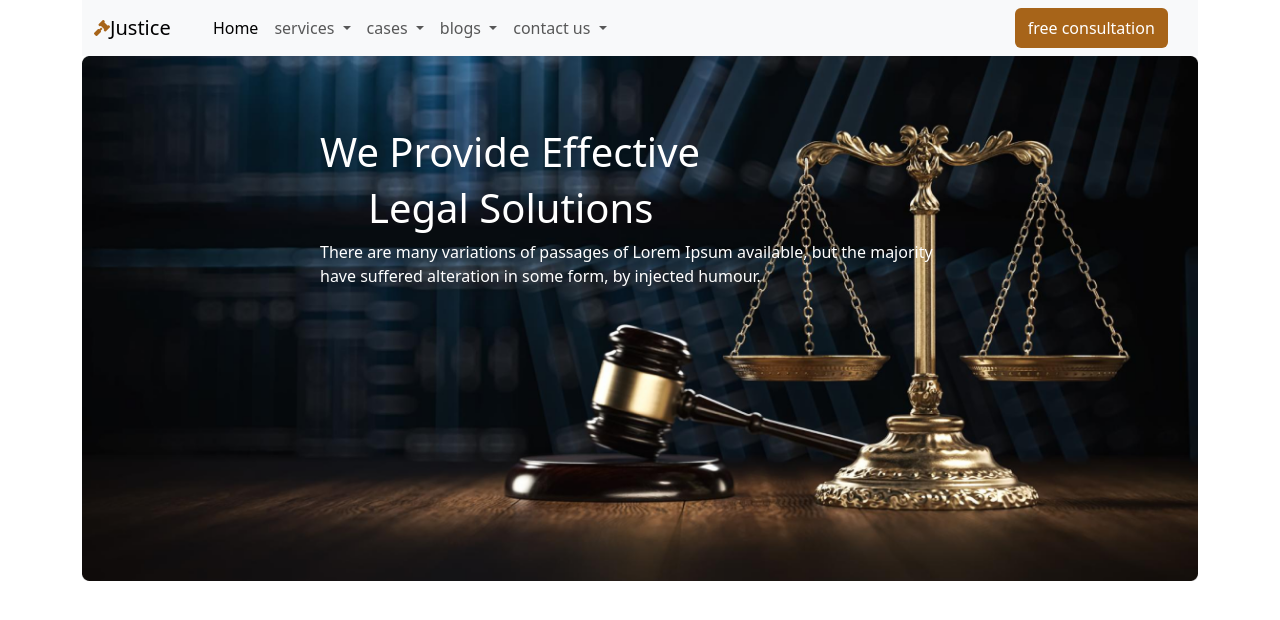
Repository: sadiaafsana138/justice
Page: index.html
An editor plug-in stored every save of this project. The page is shown before and after the next save, followed by the edit.
The browser window is 1280 px wide. The pictures show the whole page.
Some web libraries are served in a nearby version.

Above is the page before, as saved 2023-01-25 18:11:37.

### index.html
<!DOCTYPE html>
<html lang="en">

<head>
    <meta charset="UTF-8">
    <meta http-equiv="X-UA-Compatible" content="IE=edge">
    <meta name="viewport" content="width=device-width, initial-scale=1.0">
    <title>
        Justice
    </title>
    <link href="https://cdn.jsdelivr.net/npm/bootstrap@5.3.0-alpha1/dist/css/bootstrap.min.css" rel="stylesheet"
        integrity="sha384-GLhlTQ8iRABdZLl6O3oVMWSktQOp6b7In1Zl3/Jr59b6EGGoI1aFkw7cmDA6j6gD" crossorigin="anonymous">
    <script src="https://kit.fontawesome.com/9557e238b6.js" crossorigin="anonymous"></script>
    <link rel="stylesheet" href="css/Styles.css">
</head>

<body>

    <header class="container-lg">
        <nav class="navbar navbar-expand-lg bg-body-tertiary">
            <div class="container-fluid ">
                <!--JUSTICE ICON-->
                <i class="fa-solid fa-gavel primary-color"></i>
                <!--NAVBAR HEADING-->
                <a class="navbar-brand" href="#">Justice</a>
                <button class="navbar-toggler" type="button" data-bs-toggle="collapse"
                    data-bs-target="#navbarSupportedContent" aria-controls="navbarSupportedContent"
                    aria-expanded="false" aria-label="Toggle navigation">
                    <span class="navbar-toggler-icon"></span>
                </button>
                <!--NAVBAR ITEMS-->
                <div class="collapse navbar-collapse d-flex justify-content-center" id="navbarSupportedContent">
                    <ul class="navbar-nav mb-2 mb-lg-0">
                        <li class="nav-item">
                            <a class="nav-link active" aria-current="page" href="#">Home</a>
                        </li>
                        <li class="nav-item dropdown">
                            <a class="nav-link dropdown-toggle" href="#" role="button" data-bs-toggle="dropdown"
                                aria-expanded="false">
                                services
                            </a>
                            <ul class="dropdown-menu">
                                <li><a class="dropdown-item" href="#">ITEMS</a></li>
                            </ul>
                        </li>
                        <li class="nav-item dropdown">
                            <a class="nav-link dropdown-toggle" href="#" role="button" data-bs-toggle="dropdown"
                                aria-expanded="false">
                                cases
                            </a>
                            <ul class="dropdown-menu">
                                <li><a class="dropdown-item" href="#">ITEMS</a></li>
                            </ul>
                        </li>
                        <li class="nav-item dropdown">
                            <a class="nav-link dropdown-toggle" href="#" role="button" data-bs-toggle="dropdown"
                                aria-expanded="false">
                                blogs
                            </a>
                            <ul class="dropdown-menu">
                                <li><a class="dropdown-item" href="#">ITEMS</a></li>
                            </ul>
                        </li>
                        <li class="nav-item dropdown">
                            <a class="nav-link dropdown-toggle" href="#" role="button" data-bs-toggle="dropdown"
                                aria-expanded="false">
                                contact us
                            </a>
                            <ul class="dropdown-menu">
                                <li><a class="dropdown-item" href="#">ITEMS</a></li>
                            </ul>
                        </li>

                        <!--navbar button-->
                        <button class="btn Btn-primary-color text-primary-color1 navbar-btn collapse navbar-collapse" data-bs-toggle="modal"
                            data-bs-target="#myModal" type="submit">free consultation</button>
                        <!-- Modal -->
                        <div class="modal" id="myModal">
                            <div class="modal-dialog">
                                <div class="modal-content">

                                    <!-- Modal Header -->
                                    <div class="modal-header">
                                        <h4 class="modal-title">Contact us</h4>
                                        <button type="button" class="btn-close" data-bs-dismiss="modal"></button>
                                    </div>

                                    <!-- Modal body -->
                                    <div class="modal-body">
                                        abcd@gmail.com
                                    </div>

                                    <!-- Modal footer -->
                                    <div class="modal-footer">
                                        <button type="button" class="btn btn-danger"
                                            data-bs-dismiss="modal">Done</button>
                                    </div>

                                </div>
                            </div>
                        </div>
                </div>
            </div>
        </nav>
    </header>
    <main class="container-lg">
        <section>
            <div>

                <div class="banner-text text-primary-color1">
                    <h1>We Provide Effective </h1>
                    <H1 class="ps-5">Legal Solutions</H1>
                    <p>There are many variations of passages of Lorem Ipsum available, but the majority have suffered alteration in some form, by injected humour.</p>
                </div>
                <img class="img-fluid" src="images/banner.png" alt="">
            </div>

        </section>

    </main>
    <footer>

    </footer>

    <script src="https://cdn.jsdelivr.net/npm/bootstrap@5.3.0-alpha1/dist/js/bootstrap.bundle.min.js"
        integrity="sha384-w76AqPfDkMBDXo30jS1Sgez6pr3x5MlQ1ZAGC+nuZB+EYdgRZgiwxhTBTkF7CXvN"
        crossorigin="anonymous"></script>

</body>

</html>

### css/Styles.css
.primary-color{
    color: rgb(167, 100, 25);
}
.Btn-primary-color{
    background : rgb(167, 100, 25);;
}
.text-primary-color1{
    color: white;
}
.navbar-btn{
    margin-left: 400px;
}
.banner-text{

        position:absolute;
        top: 30%;
        left: 50%;
        transform: translate(-50%, -50%);

}

After the next save:
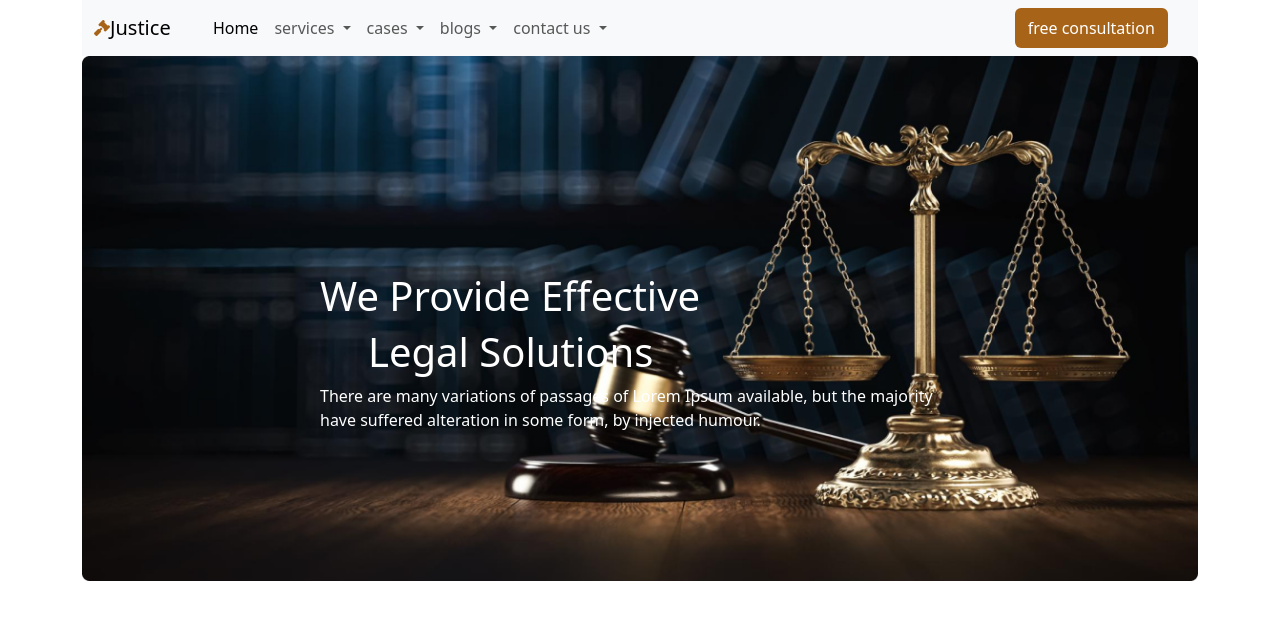
Saved 39 s later.
--- a/css/Styles.css
+++ b/css/Styles.css
@@ -13,7 +13,7 @@
 .banner-text{
 
         position:absolute;
-        top: 30%;
+        top: 50%;
         left: 50%;
         transform: translate(-50%, -50%);
 
